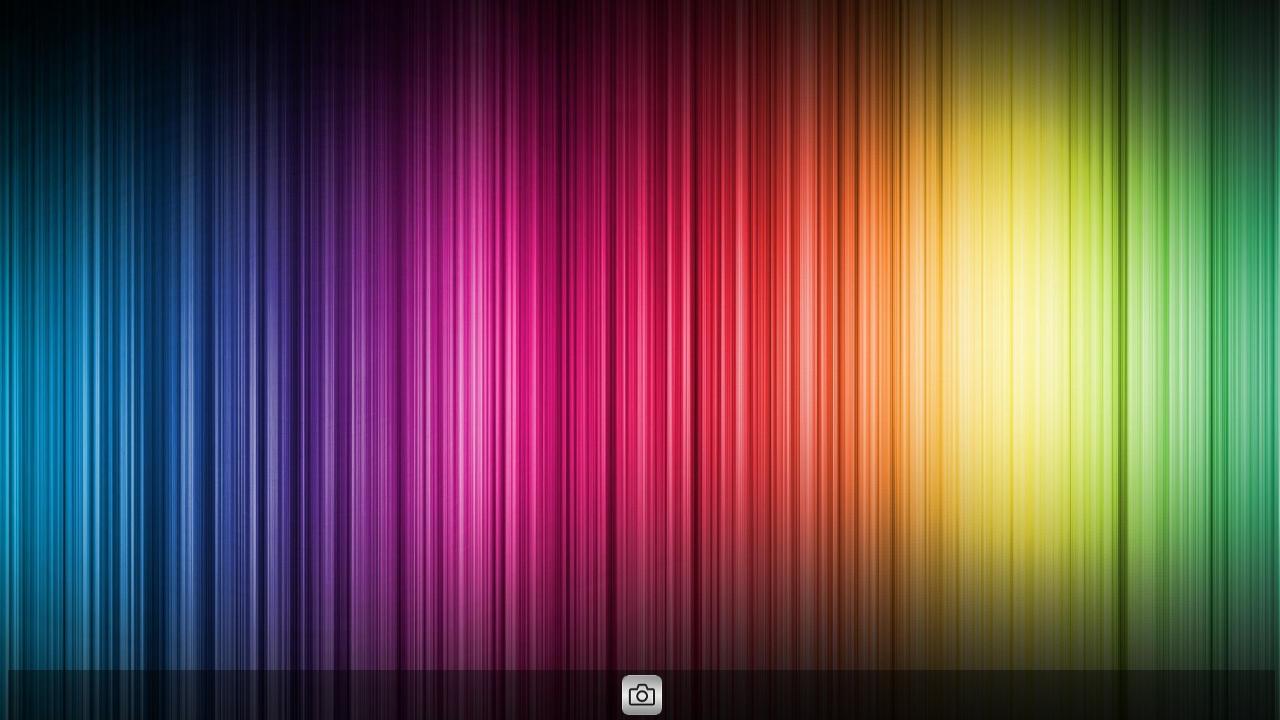
Repository: kn222gp/1dv403-laborationer
Page: 5-pwd/index.html
The author's editor kept a record of every edit. The page is drawn from the files as they stood at one moment, then again after the next edit.
The browser window is 1280 px wide. The pictures show the whole page.
After loading, the first visible `img` was clicked once.

Above is the page before.
Console error: ReferenceError: Gallery is not defined

### 5-pwd/index.html
<html lang="sv">
<head>
	<meta charset="UTF-8" />
 	<title>JavaScript - 5-pwd - Virtual desktop</title>
 	<link rel="stylesheet" href="style.css" type="text/css" />

</head>

<body>
    <div class="desktop">

        <template class="template">

        <div class="window">

            <div class="windowTop">
                <div class="title">
                </div>
                    <img src="pics/cross.png" class="close">
                    </img>
            </div>

        <div class="content">
        </div>

            <div class="windowBot">
                <div class="status">
                </div>
            </div>

        </div>
        </template>
        <div class="appBar">

        </div>
    </div>


    <script type="text/javascript" src="script/desktop.js"></script>
    <script type="text/javascript" src="script/window.js"></script>
     <script type="text/javascript" src="script/script.js"></script>
     <script type="text/javascript" src="script/start.js"></script>
</body>

### 5-pwd/style.css
body{
    background-image:url("pics/background.jpg");
    background-repeat:no-repeat;
    background-size:100%, 100%;
}


/* Window div and all in it */
.window{
    position:absolute;
    width: 22%;
    height: 45%;
}

.content{
    border:1px solid black;
    width: 100%;
    height: 100%;
    color:white;
    background-color:black;
    background-color:rgba(100,100,100, 0.8);
    overflow: auto;

/*-----Magic!-----*/
    display: flex;
    flex-flow: row wrap;
    justify-content: space-around;
}

.imageBox{
    text-align:center;
    background-color:black;
    width:80px;
    height:60;
    margin-top:6%;
    border:1px solid white;
}

.galleryImage{
    margin-top: 6%;
}

.windowTop{
    color:white;
    background-color:black;
    background-color:rgba(0, 0, 0, 0.85);
    width:100.8%;
    height:25px;
    float:left;
    border-bottom:1px solid white;
    border-top-left-radius: 5px;
    border-top-right-radius: 5px;

}

.title{
    margin-left:30px;
}

.titlePic{
    float:left;
    width:20px;
    height:20px;
    margin-top: -18px;
    margin-left:2px;
}

.close{
    width:20px;
    height:20px;
    float:right;
    margin-top: -18px
}
.close:hover{
    background-color:white;
    background-color:rgba(255,255,255,0.4);
}

.windowBot{
    color:white;
    background-color:black;
    background-color:rgba(0, 0, 0, 0.85);

    width:100.8%;
    height:25px;

    border-top: 1px solid white;
    border-bottom-left-radius: 5px;
    border-bottom-right-radius: 5px;


}
.windowBot img{
    margin-left: 43%;
    margin-top: 2%;
}


/* Appbar at the bottom */
.appbar{
    background-color:black;
    background-color:rgba(0, 0,0 ,0.4);
    height: 50px;
    width: 99%;
    margin-left:auto;
    margin-right:auto;
    position:absolute;
    bottom:0;
}
.appbar img{
    width:40px;
    height: 40px;
    margin-left:auto;
    margin-right:auto;
    margin-top:5px;
    display:block;
}

.appbar img:hover{
    transform:scale(1.2, 1.2);
}

### 5-pwd/script/desktop.js
"use strict";

function Desktop(){

        this.element = document.querySelector(".desktop");
}

### 5-pwd/script/window.js
"use strict";

function Window(name, desk, image){

    var template = document.querySelector(".template");
    var windowTemplate = template.content.querySelector(".window");
    var w = windowTemplate.cloneNode(true);

    var loadImg = document.createElement("img");
    var windowBot = document.querySelector(".windowBot");
    loadImg.src = "pics/ajax-loader.gif";
    loadImg.className = "loader";

    this.desk = desk;
    this.w = w;


    var windowTop = w.querySelector(".windowTop");

    var titlePic = document.createElement("img");
    titlePic = image.cloneNode(true);
    titlePic.className = "titlePic";
    windowTop.appendChild(titlePic);

    var windowTitle = w.querySelector(".title");
    windowTitle.innerHTML = name;

    var closeBtn = w.querySelector(".close");
    var that = this;
    closeBtn.onclick = function(e){
        e.preventDefault();
        that.close();
    };

    desk.element.appendChild(w);




    this.startPosition(desk.position.x, desk.position.y);
    desk.position.x += 15;
    desk.position.y += 15;

    // Just checklist for personal use.
    console.log(window.innerHeight);
    console.log(this.w.offsetHeight);
    console.log("X led "+desk.position.x);
    console.log("Y led "+desk.position.y);
    console.log("---------------");


   // If window would go offscreen on y-axis, this sets the next window back to top.
    if((desk.position.y + (this.w.offsetHeight + 100)) > window.innerHeight){
            console.log("funkar Y?");
            desk.position.y = 5;
        }

        // Same here but for x-axis and put next window back to the left.
        if(desk.position.x + (this.w.offsetWidth) > window.innerWidth){
                console.log("funkar X?");
                desk.position.x = 5;
            }
}

Window.prototype.close = function(){
    this.desk.element.removeChild(this.w);
};

Window.prototype.startPosition = function(x, y){
    this.w.style.left = x + "px";
    this.w.style.top = y + "px";
};

### 5-pwd/script/script.js
"use strict";

window.onload = function(){

    var desk = new Desktop();
    var startBar = new StartBar(desk);

    startBar.newApp("Gallery", "pics/galleri.png");
};

### 5-pwd/script/start.js
"use strict";

function StartBar(desk){
    this.element = document.querySelector(".appBar");
    this.desk = desk;
}

StartBar.prototype.newApp = function(name, url){

    var image = document.createElement("img");
    image.src = url;

    var that = this;
    this.element.appendChild(image);

    image.onclick = function(e){
        e.preventDefault();
        that.nameCheck(name, that.desk, w);

        var w = new Window(name, that.desk, image);

    };

};

StartBar.prototype.nameCheck = function(name, desk, wind){

    if(name === "Gallery"){
        new Gallery(desk, wind);

    }

};

After the next edit:
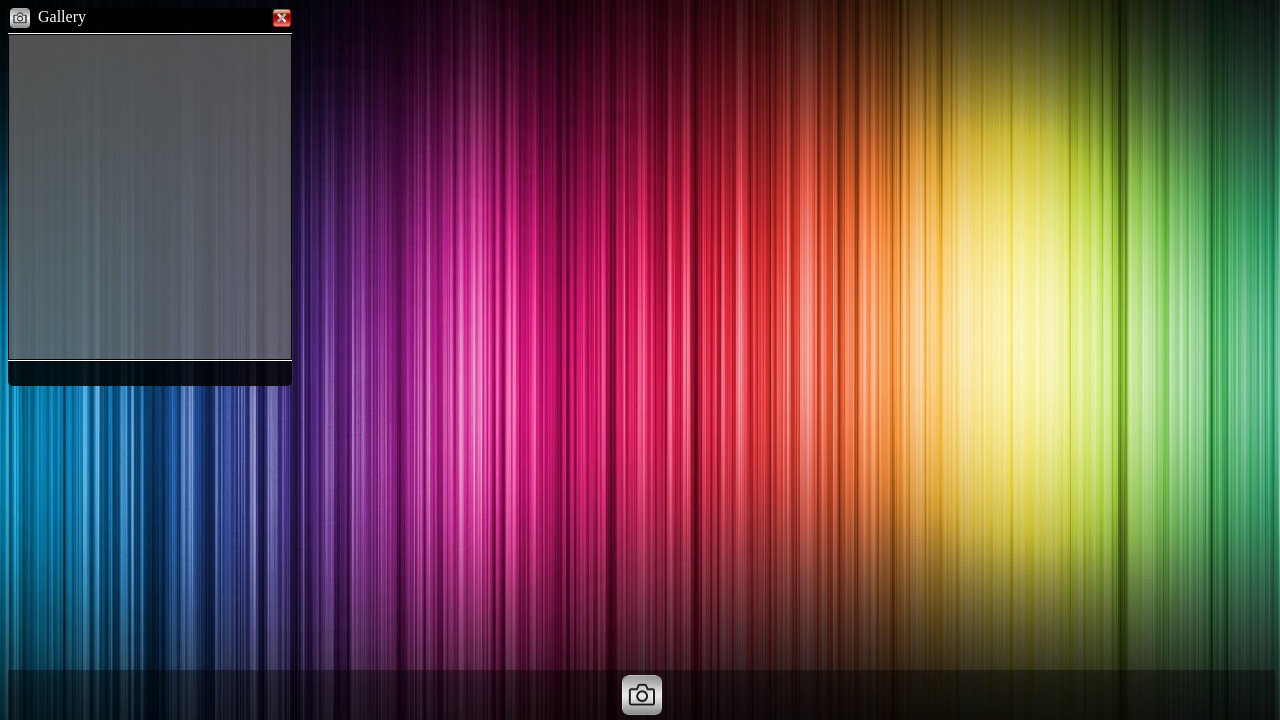
Console error: TypeError: Cannot read properties of undefined (reading 'x')
The edit:
--- a/5-pwd/script/start.js
+++ b/5-pwd/script/start.js
@@ -15,8 +15,8 @@
 
     image.onclick = function(e){
         e.preventDefault();
-        that.nameCheck(name, that.desk, w);
 
+        console.log("Start.js "+w)
         var w = new Window(name, that.desk, image);
 
     };
